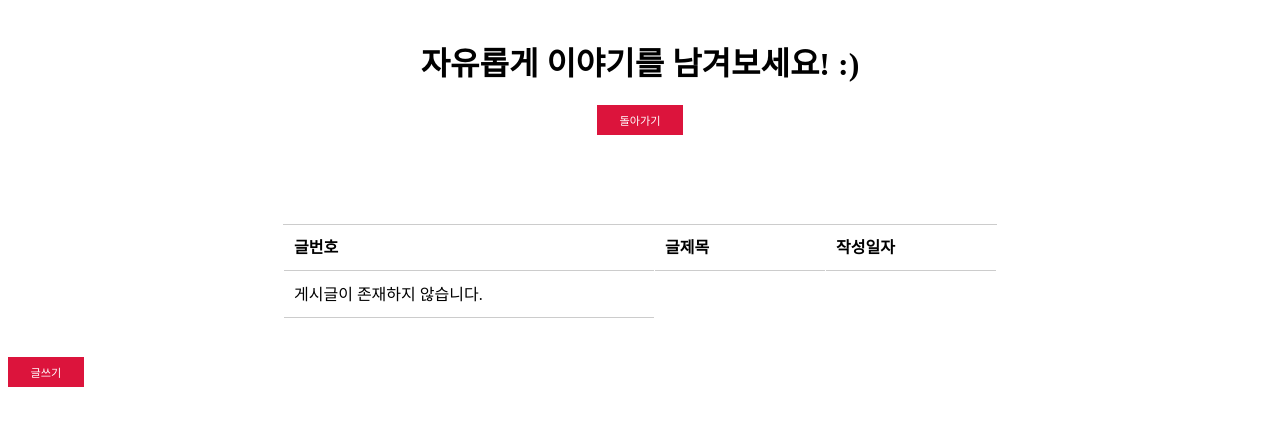
Repository: minkyung0421/NMT_Project
Page: http://localhost/MyPage_Project/list.jsp
An editor plug-in stored every save of this project. The page is shown before and after the next save, followed by the edit.
The browser window is 1280 px wide. The pictures show the whole page.
The page is served by Tomcat 9. Queries for data that is not in the repository find no rows.

Above is the page before, as saved 2018-08-30 23:16:54.

After the next save:
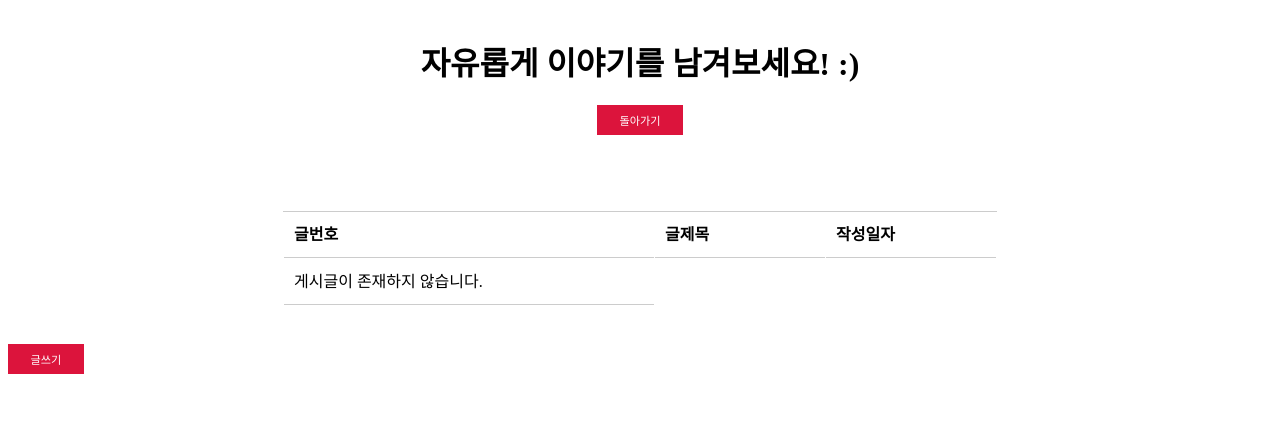
Saved 14 s later.
--- a/NMT_Project/MyPage_Project/WebContent/list.jsp
+++ b/NMT_Project/MyPage_Project/WebContent/list.jsp
@@ -14,7 +14,7 @@
     text-align: left;
     line-height: 1.5;
     border-top: 1px solid #ccc;
-    margin-top:7%;
+    margin-top:6%;
 
 }
 table.type04 th {
